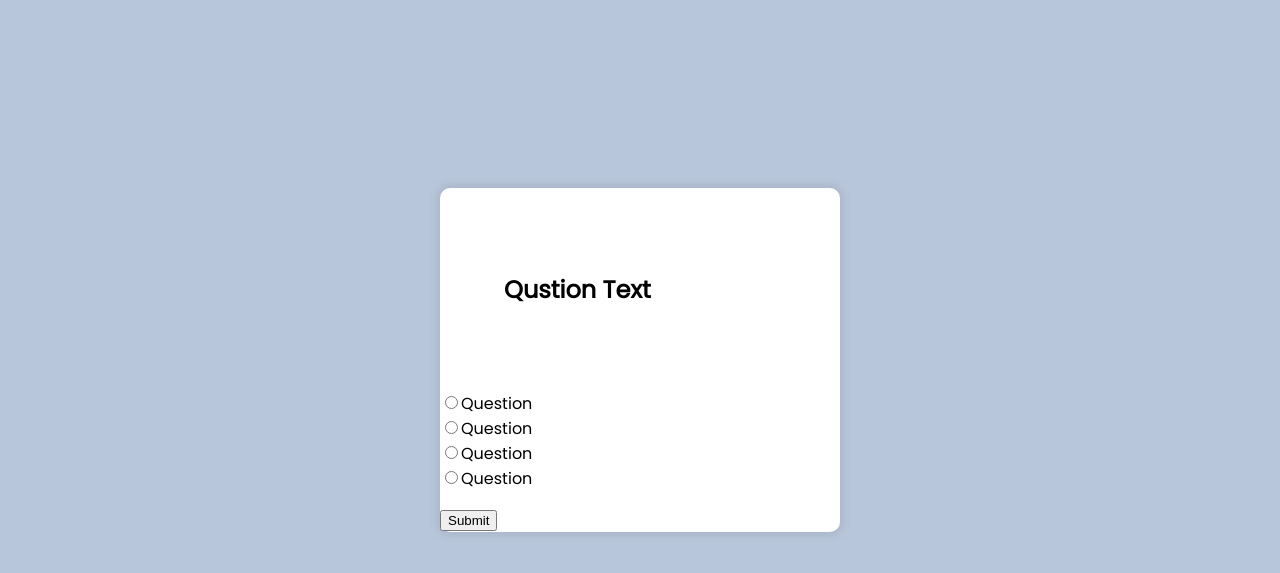
Repository: Abhi2359/Intermediate-projects
Page: Quiz App/index.html
The author's editor kept a copy of each file at every save. The page is drawn from the files as they stood at one save, then again after the next save.
The browser window is 1280 px wide. The pictures show the whole page.

Above is the page before, as saved 2023-01-31 14:06:20.

### Quiz App/index.html
<!DOCTYPE html>
<html lang="en">
  <head>
    <meta charset="UTF-8" />
    <meta http-equiv="X-UA-Compatible" content="IE=edge" />
    <meta name="viewport" content="width=device-width, initial-scale=1.0" />
    <title>Quiz App</title>
    <link rel="stylesheet" href="style.css">
  </head>
  <body>
    <div class="quiz-container">
      <h2 class="quiz-header">Qustion Text</h2>
      <ul>
        <li>
          <input type="radio" name="answer" id="a" /><label for="a"
            >Question</label
          >
        </li>
        <li>
          <input type="radio" name="answer" id="b" /><label for="b"
            >Question</label
          >
        </li>
        <li>
          <input type="radio" name="answer" id="c" /><label for="c"
            >Question</label
          >
        </li>
        <li>
          <input type="radio" name="answer" id="d" /><label for="d"
            >Question</label
          >
        </li>
      </ul>
      <button>Submit</button>
    </div>
  </body>
</html>

### Quiz App/style.css
@import url("https://fonts.googleapis.com/css2?family=Poppins&family=Roboto:wght@300;500;700;900&display=swap");

* {
  box-sizing: border-box;
}

body {
  font-family: "Poppins", sans-serif;
  margin: 0;
 background-color: #b8c6db;
 background-image: linear-gradient(315deg,#b8c6db 0% #f5f7fa 74%);
 min-height: 100vh;
 display: flex;
 align-items: center;
 justify-content: center;
}

.quiz-container{
  background-color: #fff ;
  width: 400px;
  border-radius: 10px;
  box-shadow: 0 0 10px 2px rgb(100,100,100,0.2);



}
 .quiz-header{
   padding: 4rem;
 }

 ul{
  list-style-type: none;
  padding: 0;

 }

After the next save:
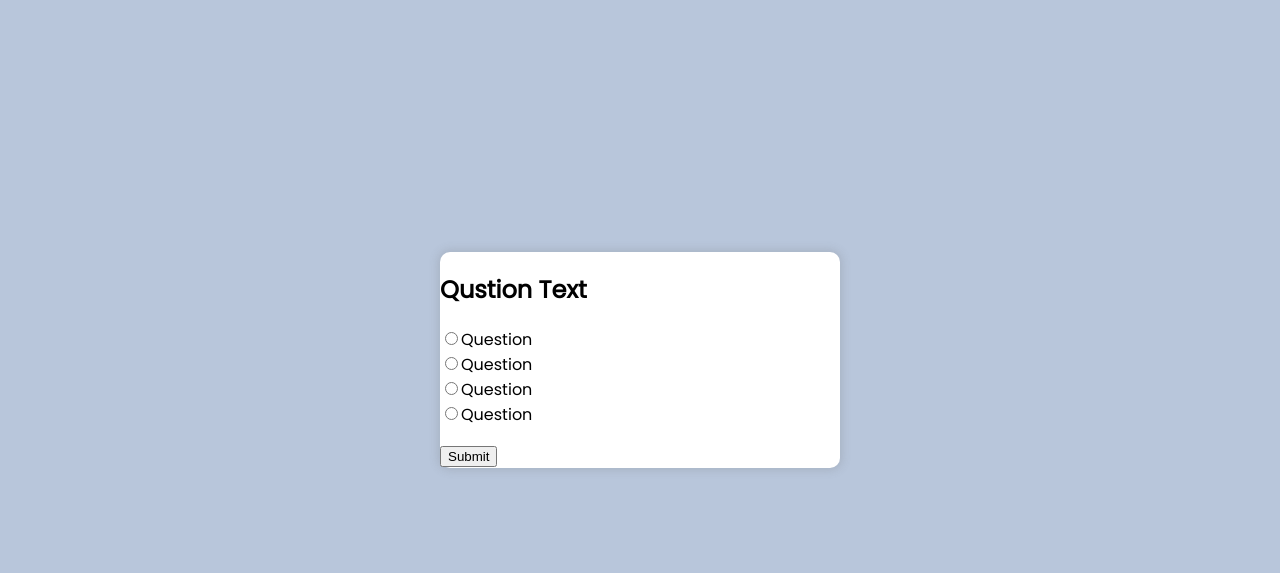
Saved 90 s later.
--- a/Quiz App/index.html
+++ b/Quiz App/index.html
@@ -9,7 +9,7 @@
   </head>
   <body>
     <div class="quiz-container">
-      <h2 class="quiz-header">Qustion Text</h2>
+      <h2 >Qustion Text</h2>
       <ul>
         <li>
           <input type="radio" name="answer" id="a" /><label for="a"

After the 5 saves that followed:
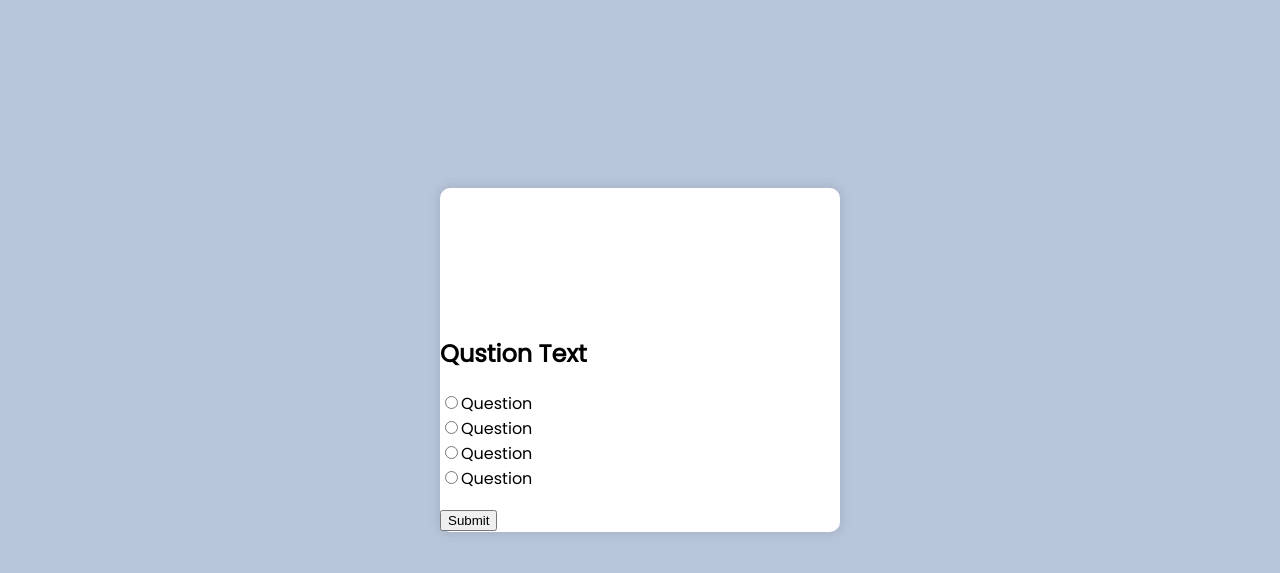
The 5 saves are shown as one change because they came seconds apart.
The last was saved 14 s later.
--- a/Quiz App/index.html
+++ b/Quiz App/index.html
@@ -9,6 +9,9 @@
   </head>
   <body>
     <div class="quiz-container">
+      <div class="quiz-header">
+
+      </div>
       <h2 >Qustion Text</h2>
       <ul>
         <li>
